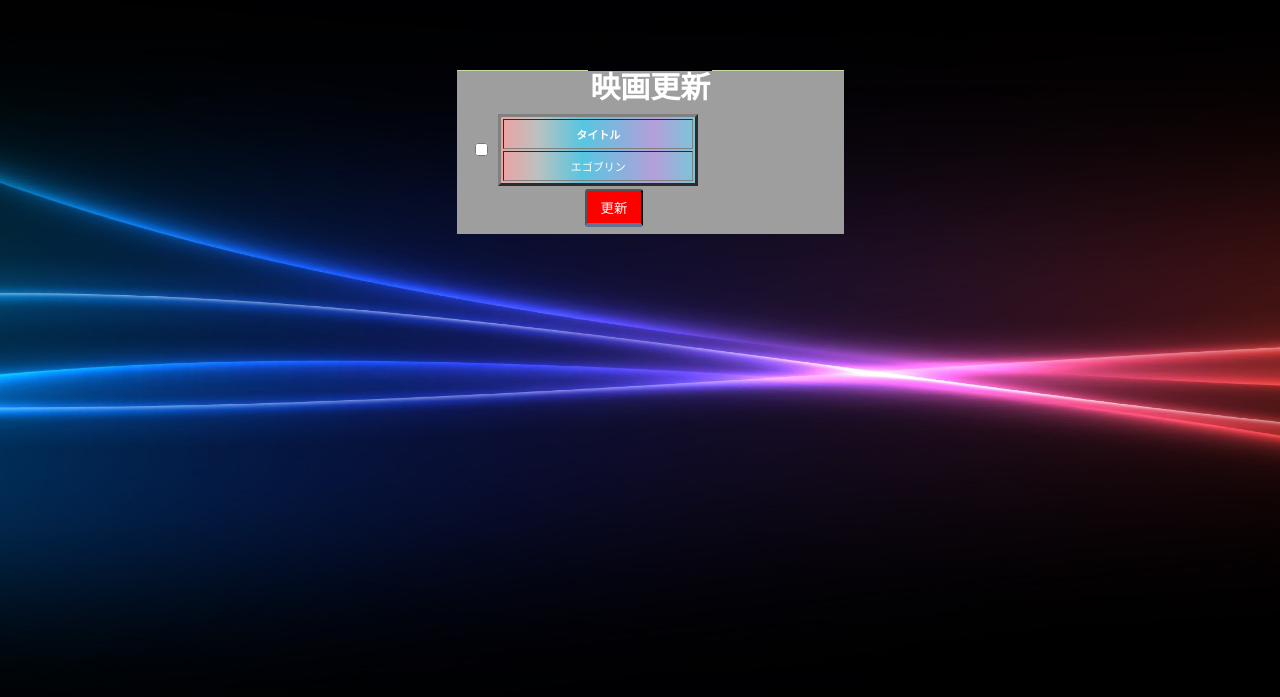
Repository: kawaguchi-mizuki/ntmc
Page: http://localhost/movieadmin/updateselect
The author's editor kept a copy of each file at every save. The page is drawn from the files as they stood at one save, then again after the next save.
The browser window is 1280 px wide. The pictures show the whole page.
Pictures or frames that could not be fetched are drawn as grey boxes. The page is served by Tomcat 9.

Above is the page before, as saved 2019-07-25 05:07:20.

After the next save:
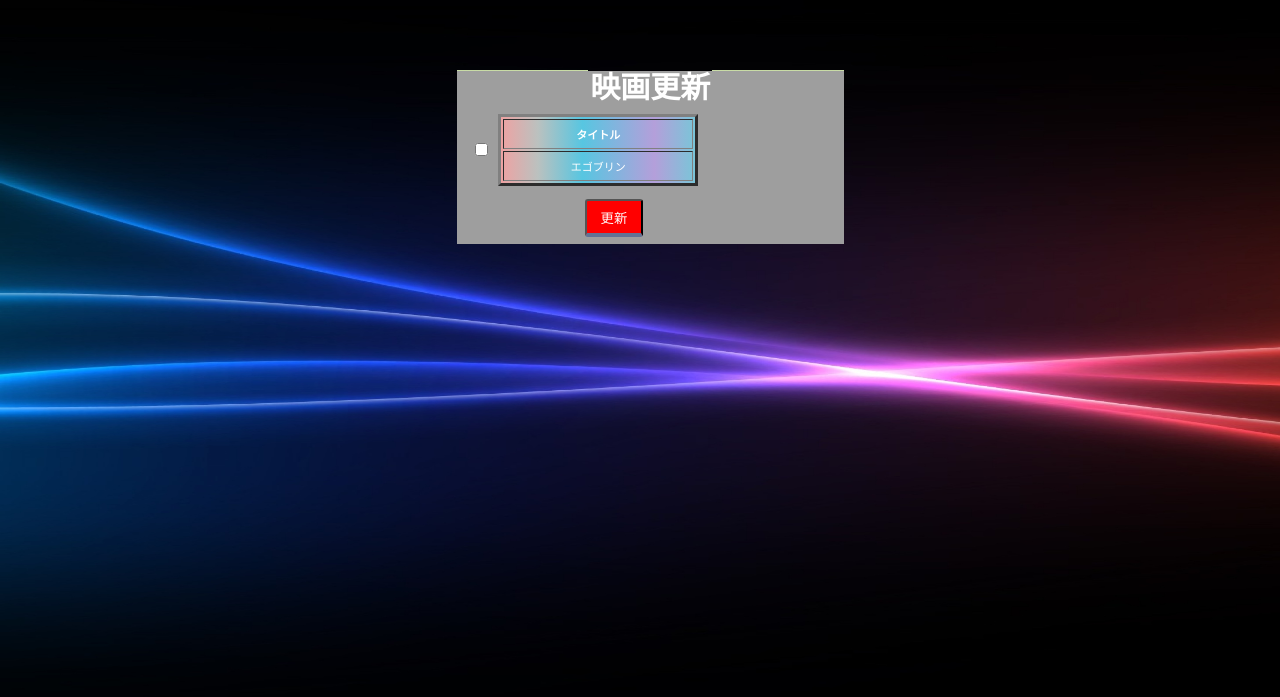
Saved 56 s later.
--- a/開発/movie/movieadmin/WebContent/css/add_admin.css
+++ b/開発/movie/movieadmin/WebContent/css/add_admin.css
@@ -88,6 +88,7 @@ form.cmxform .sr {
 }
 .send{
 	float:left;
+	margin-top:10px;
 	margin-left:120px;
 	display: inline-block;
   padding: 0.5em 1em;
@@ -113,7 +114,6 @@ form.cmxform .sr {
 }
 table{
 	margin: 3em auto;
-	margin-bottom:20px;
 
 }
 table tr{
